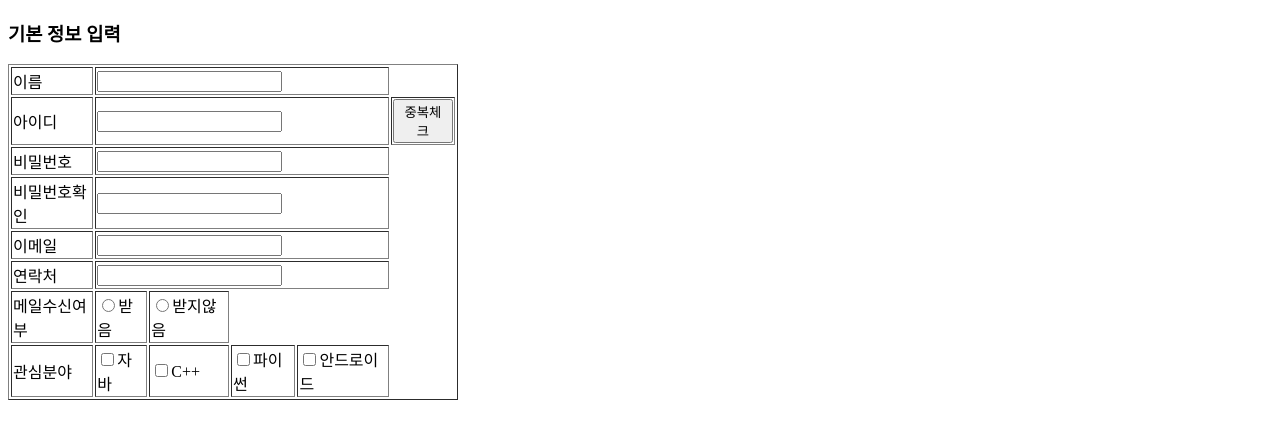
Repository: angelSuho/KCC_Learning_Repo
Page: Html/WebContent/mission03.html
These files come from the project's save history. The page is drawn as it stood at one moment and after the next save; the edit follows.
The browser window is 1280 px wide. The pictures show the whole page.

Above is the page before, as saved 2024-07-08 06:22:40.

After the next save:
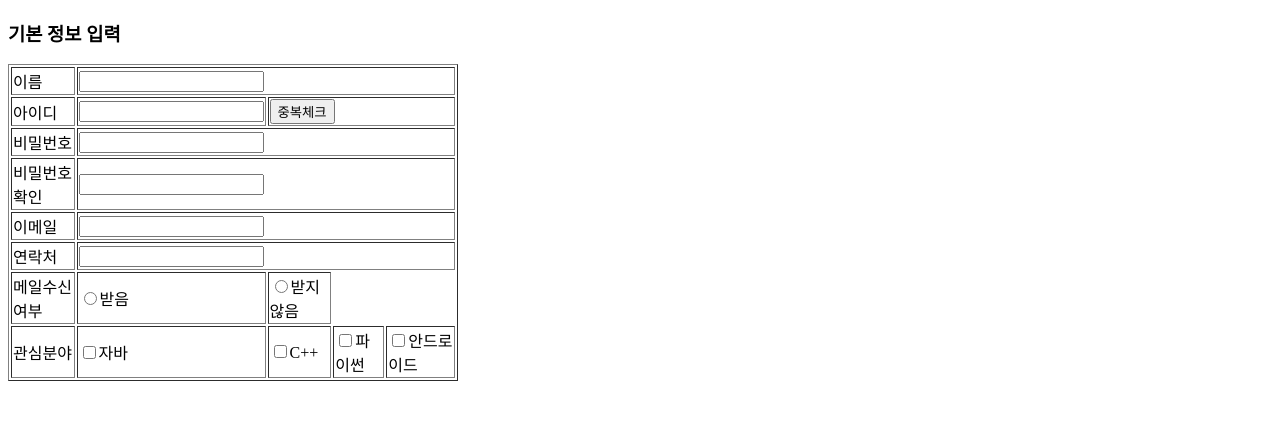
Saved 18 s later.
--- a/Html/WebContent/mission03.html
+++ b/Html/WebContent/mission03.html
@@ -16,10 +16,10 @@
 			</tr>
 			<tr>
 				<td>아이디</td>
-				<td colspan="4">
+				<td>
 					<input type="text" name="userId" id="id">
 				</td>
-				<td><button>중복체크</button></td>
+				<td colspan="3"><button>중복체크</button></td>
 			</tr>
 			<tr>
 				<td>비밀번호</td>
